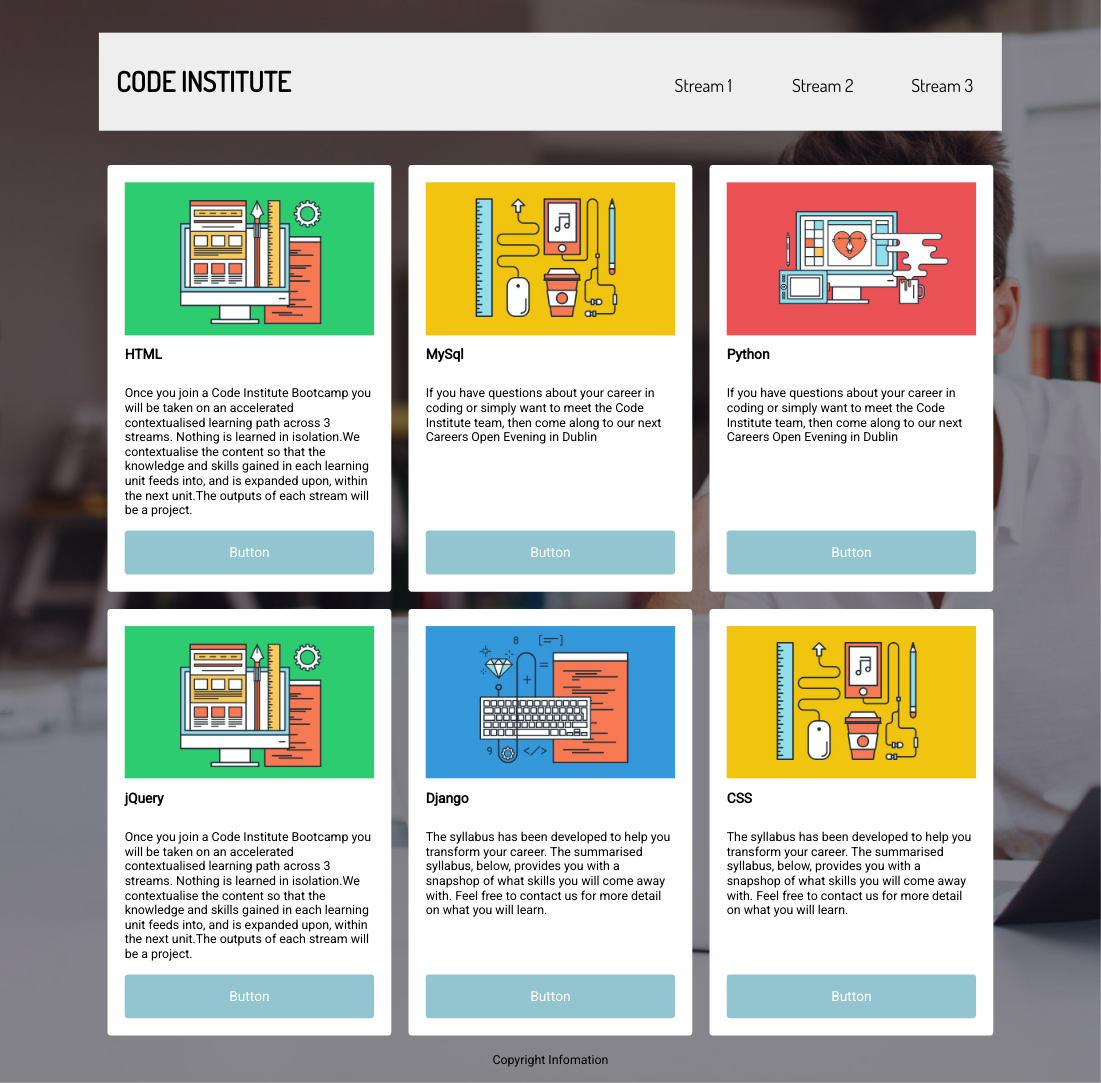
Repository: laurence100795/JQuery-Basics
Page: Cards-jquery.html
The author's editor kept a record of every edit. The page is drawn from the files as they stood at one moment, then again after the next edit.
The browser window is 1280 px wide. The pictures show the whole page, at 86% of full size.
Some web libraries are served in a nearby version.

Above is the page before.

### Cards-jquery.html
<!DOCTYPE html>
<html lang="en">
<head>
	<meta charset="UTF-8">
	<meta name="viewport" content="width=device-width, initial-scale=1">
	<title>jQuery</title>
	<link href="style.css" rel="stylesheet">
	<link href='https://fonts.googleapis.com/css?family=Roboto' rel='stylesheet' type='text/css'>
	<link href='https://fonts.googleapis.com/css?family=Dosis' rel='stylesheet' type='text/css'>
</head>
<body>
	<div id="container">
		<nav>
			<ul>
				<li id="logoNav">CODE INSTITUTE</li>
				<li id="stream1_btn">Stream 1</li>
				<li id="stream2_btn">Stream 2</li>
				<li id="stream3_btn">Stream 3</li>
			</ul>
		</nav>
		<div class="card stream1">
			<img class="card_image" src="img/3.png" alt="coding icon">
			<div class="card_bottom">
				<h2 id="hl_html" class="card_head">HTML</h2>
				<p class="card_para">Once you join a Code Institute Bootcamp you will be taken on an accelerated contextualised learning path across 3 streams. Nothing is learned in isolation.We contextualise the content so that the knowledge and skills gained in each learning unit feeds into, and is expanded upon, within the next unit.The outputs of each stream will be a project. </p>
				<a href="" class="bottom_button">Button</a>
			</div>
		</div>
		<div class="card stream3">
			<img class="card_image" src="img/1.png" alt="coding icon">
			<h2 id="hl_mysql" class="card_head">MySql</h2>
			<p class="card_para">If you have questions about your career in coding or simply want to meet the Code Institute team, then come along to our next Careers Open Evening in Dublin</p>
			<a href="" class="bottom_button">Button</a>
		</div>

		<div class="card stream2">
			<img class="card_image" src="img/2.png" alt="coding icon">
			<h2 id="hl_python" class="card_head">Python</h2>
			<p class="card_para">If you have questions about your career in coding or simply want to meet the Code Institute team, then come along to our next Careers Open Evening in Dublin</p>
			<a href="" class="bottom_button">Button</a>
		</div>
		<div class="card stream1">
			<img class="card_image" src="img/3.png" alt="coding icon">
			<div class="card_bottom">
				<h2 id="hl_jquery" class="card_head">jQuery</h2>
				<p class="card_para">Once you join a Code Institute Bootcamp you will be taken on an accelerated contextualised learning path across 3 streams. Nothing is learned in isolation.We contextualise the content so that the knowledge and skills gained in each learning unit feeds into, and is expanded upon, within the next unit.The outputs of each stream will be a project. </p>
				<a href="" class="bottom_button">Button</a>
			</div>
		</div>
		<div class="card stream3">
			<img class="card_image" src="img/4.png" alt="coding icon">
			<h2 id="hl_django" class="card_head">Django</h2>
			<p class="card_para">The syllabus has been developed to help you transform your career. The summarised syllabus, below, provides you with a snapshop of what skills you will come away with. Feel free to contact us for more detail on what you will learn.</p>
			<a href="" class="bottom_button">Button</a>
		</div>
		<div class="card stream1">
			<img class="card_image" src="img/1.png" alt="coding icon">
			<h2 id="hl_css" class="card_head">CSS</h2>
			<p class="card_para">The syllabus has been developed to help you transform your career. The summarised syllabus, below, provides you with a snapshop of what skills you will come away with. Feel free to contact us for more detail on what you will learn.</p>
			<a href="" class="bottom_button">Button</a>
		</div>
		<div id="my_footer">
			<p id="copyright">Copyright Infomation</p>
		</div>
	</div>
	<script src="https://code.jquery.com/jquery-3.2.1.js" integrity="sha256-DZAnKJ/6XZ9si04Hgrsxu/8s717jcIzLy3oi35EouyE=" crossorigin="anonymous"></script>
	<script src="script.js"></script> <!-- Scripts located at the bottom of the body to insure page is fully loaded before execution -->

</body>
</html>

### style.css
body {
	font-family: 'Roboto', sans-serif;
	background-image: url(img/code-institute.jpg);
 	background-size: cover;
 	/*color: #ffffff;*/
 	background-color: #eee;
}

h1{
	font-size: 3em;
	text-align: center;
}

h2 {
	font-size: 1em;
	text-align: left;
}

p {
	font-size: .9rem;
}

div {
	border-radius: 4px;
}

.card_image {
	width: 100%;
}

.bottom_button {
	display: flex;
	box-sizing:border-box;
	border-radius: 4px;
	display: block;
	width: 100%;
	background-color:rgba(129, 187, 201,.85);
	text-align: center;
	padding: 1em .75em;
	text-decoration: none;
	color: #fff;
}

.card_bottom {
	display: flex;
	flex-flow:column;
}

.card_head {
	flex:0;
}

.card_para {
	flex:1 0 auto;
}

#container {
	display: flex;		/* makes container a flexbox*/
	flex-flow: row wrap; 	/* layout the boxes in rows and wrap them*/
	box-sizing:border-box;
	margin-right:auto;
	margin-left:auto;
	max-width:1050px;
}

#logo {
	width: 800px;
	margin: auto;
}

.card {
	flex:1; /* */
	display: flex;	/* make the contents controllable by flexbox*/
	flex-flow:column;	/* */
	min-width: 240px; /**/
	margin: 10px;
	padding: 20px;
	background-color: #fff;
}

.highlight_stream {
	background-color: #EB5255;
}

.highlight_blue {
	color: lightblue;
}

.background_black{
	color: black;
}
#my_footer {
	width:100%;
	text-align: center;
}

#copyright {
	margin-top:10px;
	margin-bottom:10px;
}

/*************************
Navigation
**************************/

nav {
	font-family: roboto;
	background-color: #eee;
	margin: 30px auto;
	width: 100%;
}

ul {
	display: flex;
	justify-content:space-between;
	flex-flow: row;
	/*flex-flow: row-reverse;*/
	/*justify-content:flex-end;*/
	/*justify-content:space-around;*/
	/*align-items:flex-start;*/
	align-items:baseline;
	border-radius: 10px;
	list-style-type: none; /*Remove Bullets*/
	padding: 0;
}

li {
	flex:1;
	height: 30px;
	/*width:10%;*/
	/*border:2px solid #000;*/
	/*background-color: #81BBC9;*/
	/*border-radius: 10px;*/
	font-family: Dosis;
	padding:20px 20px 20px 20px;
	text-align: center;
	font-size: 1.3em;
}

#logoNav {
	flex:6;
	text-align: left;
	font-size: 2em;
	font-weight: bold;
}

.underline {
    text-decoration:underline;
}

.border {
    border: solid 5px #ccc;
}

@media screen and (max-width: 700px) {
	ul {
		flex-flow: column;
		align-items:center;
    }

	li {
		font-size: 2em;
	}
}

### script.js
$(document).ready(function() {
    $("#stream1_btn").mouseenter(function() {
        $(".stream1").removeClass('highlight_stream');
        $(".stream2").removeClass('highlight_stream');
        $(".stream3").removeClass('highlight_stream');
        $(".stream1").addClass('highlight_stream');
    });
    $("#stream2_btn").click(function() {
        $(".stream1").removeClass('highlight_stream');
        $(".stream2").removeClass('highlight_stream');
        $(".stream3").removeClass('highlight_stream');
        $(".stream2").addClass('highlight_stream');
    });
    $("#stream3_btn").on("click", function() {
        $(".stream1").removeClass('highlight_stream');
        $(".stream2").removeClass('highlight_stream');
        $(".stream3").removeClass('highlight_stream');
        $(".stream3").addClass('highlight_stream');
    });
    $("p").mouseenter(function() {
        $(".card_para").addClass("highlight_stream")
    });
    $("p").mouseleave(function() {
        $(".card_para").removeClass("highlight_stream")
    });
    $("h2").hover(function() {
        $("#hl_html").addClass("highlight_blue")
        $("#hl_mysql").removeClass("highlight_blue")
        $("#hl_python").removeClass("highlight_blue")
        $("#hl_css").removeClass("highlight_blue")
        $("#hl_django").removeClass("highlight_blue")
        $("#jquery").removeClass("highlight_blue")
    });
     $("h2").hover(function() {
        $("#hl_html").removeClass("highlight_blue")
        $("#hl_mysql").addClass("highlight_blue")
        $("#hl_python").removeClass("highlight_blue")
        $("#hl_css").removeClass("highlight_blue")
        $("#hl_django").removeClass("highlight_blue")
        $("#jquery").removeClass("highlight_blue")
    });
     $("h2").hover(function() {
        $("#hl_html").removeClass("highlight_blue")
        $("#hl_mysql").removeClass("highlight_blue")
        $("#hl_python").addClass("highlight_blue")
        $("#hl_css").removeClass("highlight_blue")
        $("#hl_django").removeClass("highlight_blue")
        $("#jquery").removeClass("highlight_blue")
    });
     $("h2").hover(function() {
        $("#hl_html").removeClass("highlight_blue")
        $("#hl_mysql").removeClass("highlight_blue")
        $("#hl_python").removeClass("highlight_blue")
        $("#hl_css").addClass("highlight_blue")
        $("#hl_django").removeClass("highlight_blue")
        $("#jquery").removeClass("highlight_blue")
    });
     $("h2").hover(function() {
        $("#hl_html").removeClass("highlight_blue")
        $("#hl_mysql").removeClass("highlight_blue")
        $("#hl_python").removeClass("highlight_blue")
        $("#hl_css").removeClass("highlight_blue")
        $("#hl_django").addClass("highlight_blue")
        $("#jquery").removeClass("highlight_blue")
    });
     $("h2").hover(function() {
        $("#hl_html").removeClass("highlight_blue")
        $("#hl_mysql").removeClass("highlight_blue")
        $("#hl_python").removeClass("highlight_blue")
        $("#hl_css").removeClass("highlight_blue")
        $("#hl_django").removeClass("highlight_blue")
        $("#jquery").addClass("highlight_blue")
    });
});

After the next edit:
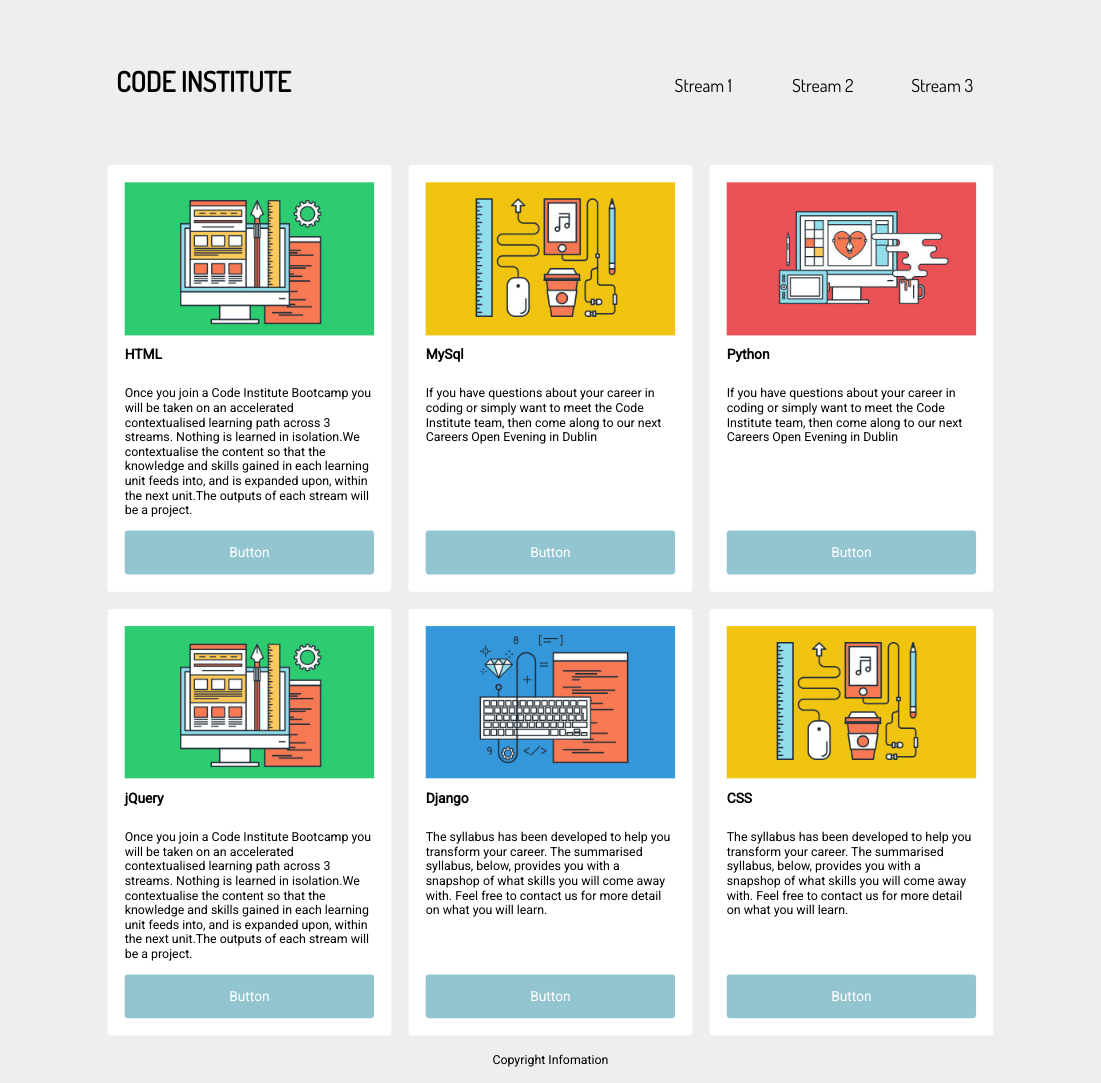
The edit:
--- a/style.css
+++ b/style.css
@@ -1,6 +1,6 @@
 body {
 	font-family: 'Roboto', sans-serif;
-	background-image: url(img/code-institute.jpg);
+	/*background-image: url(img/code-institute.jpg);
  	background-size: cover;
  	/*color: #ffffff;*/
  	background-color: #eee;
